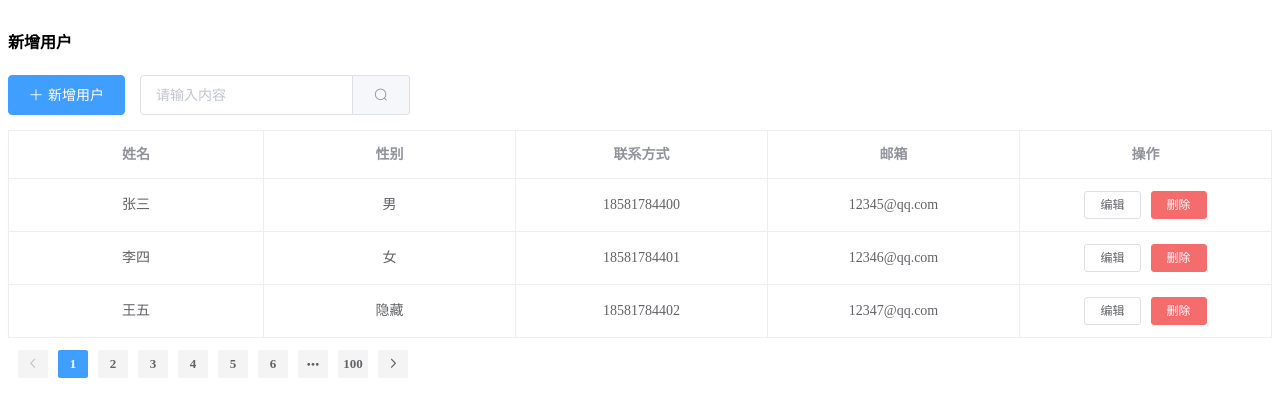
Repository: xinwuhao/New-user
Page: /
The author's editor kept a copy of each file at every save. The page is drawn from the files as they stood at one save, then again after the next save.
The browser window is 1280 px wide. The pictures show the whole page.
The project was rebuilt for these pictures with package versions that can differ from the ones it lists, and the page was loaded fresh each time.

Above is the page before, as saved 2021-12-21 17:11:40.

After the next save:
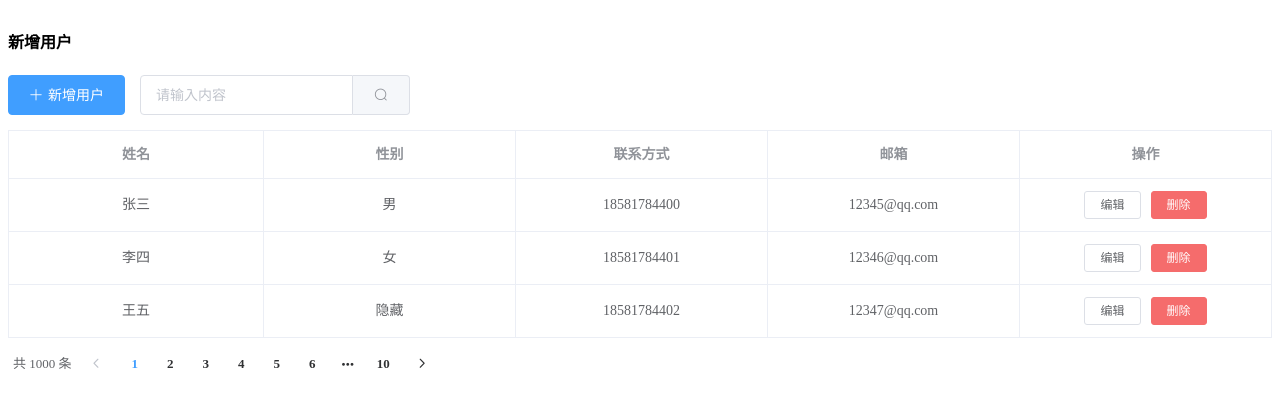
Saved 95 s later.
--- a/src/views/Home.vue
+++ b/src/views/Home.vue
@@ -48,8 +48,15 @@
             </template>
           </el-table-column>
         </el-table>
-        <div style="margin-top: 10px;">
-          <el-pagination background layout="prev, pager, next" :total="1000" >
+        <div style="margin-top: 10px">
+          <el-pagination
+            @size-change="handleSizeChange"
+            @current-change="handleCurrentChange"
+            :current-page.sync="currentPage1"
+            :page-size="100"
+            layout="total, prev, pager, next"
+            :total="1000"
+          >
           </el-pagination>
         </div>
       </div>
@@ -233,7 +240,6 @@ export default {
       this.list = data;
       this.arr = this.list;
     },
-
   },
   mounted() {
     this.arr = this.list;
